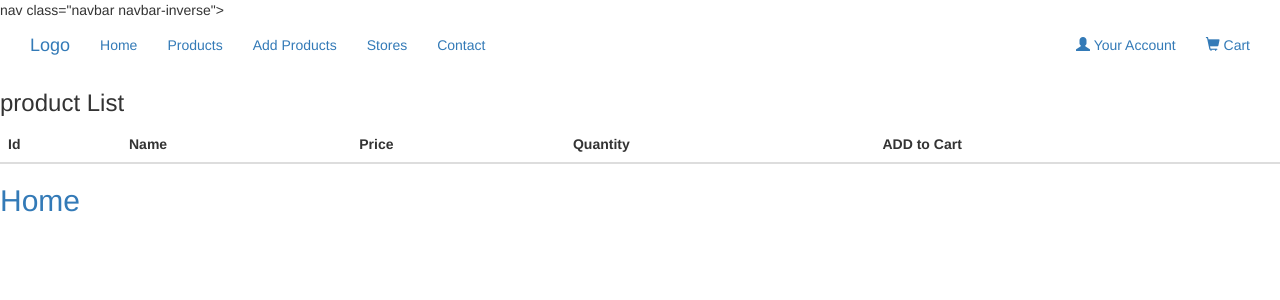
Repository: akashbhasy/AllTrainingProjects_MC-SB
Page: http://localhost/ProductPortalApp/WEB-INF/views/viewAllProducts.jsp
The author's editor kept a copy of each file at every save. The page is drawn from the files as they stood at one save, then again after the next save.
The browser window is 1280 px wide. The pictures show the whole page.
The page is served by Tomcat 9. Nobody is signed in. The template is opened directly, without the code that normally fills it, so the values that code supplies are empty.

Above is the page before, as saved 2021-05-16 16:45:15.

After the next save:
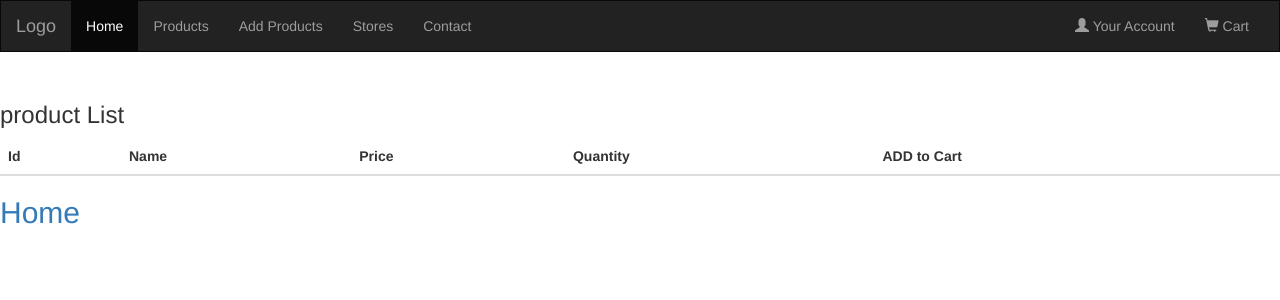
Saved 9 s later.
--- a/ProductPortalApp/src/main/webapp/WEB-INF/views/viewAllProducts.jsp
+++ b/ProductPortalApp/src/main/webapp/WEB-INF/views/viewAllProducts.jsp
@@ -21,7 +21,7 @@
   </style>
 </head>
 <body>
-nav class="navbar navbar-inverse">
+<nav class="navbar navbar-inverse">
   <div class="container-fluid">
     <div class="navbar-header">
       <button type="button" class="navbar-toggle" data-toggle="collapse" data-target="#myNavbar">
